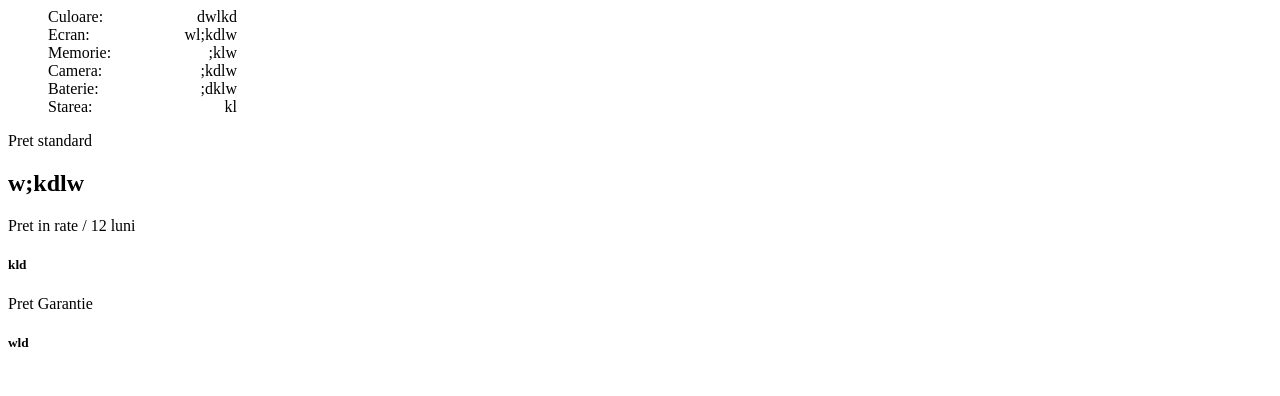
Repository: CristianV350/price-generator
Page: generator.html
An editor plug-in stored every save of this project. The page is shown before and after the next save, followed by the edit.
The browser window is 1280 px wide. The pictures show the whole page.
The style sheet was rebuilt from its Sass, Less or Tailwind sources for each picture, by a compiler version that may differ from the author's.

Above is the page before, as saved 2022-02-05 11:59:23.

After the next save:
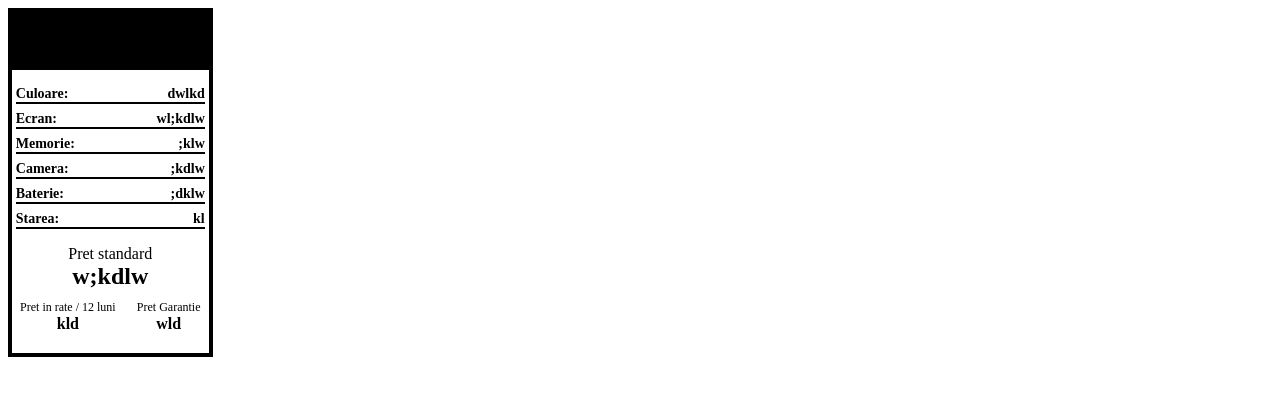
Saved 19 s later.
--- a/generator.html
+++ b/generator.html
@@ -1,4 +1,129 @@
-<html><head><link href="http://localhost:3000/style.css" rel="stylesheet"></head><body>
+<html><head>
+    <link href="http://localhost:3000/style.css" rel="stylesheet">
+    <style>
+        #body {
+  display: flex;
+  flex-wrap: wrap;
+  width: 21cm;
+  height: 28cm;
+  column-gap: 20px;
+  row-gap: 40px;
+}
+
+@media print {
+.tag {
+  break-inside: avoid;
+  page-break-inside: avoid;
+  page-break-before: avoid;
+  page-break-after: avoid;
+}
+}
+.tag {
+break-inside: avoid;
+position: relative;
+}
+
+h1 {
+
+}
+
+h2 {
+  font-size: 24px;
+}
+
+h3 {
+  font-size: 22px;
+}
+
+h4 {
+  font-size: 18px;
+}
+
+h5 {
+  font-size: 16px;
+  margin-top: 0;
+}
+
+.tag {
+  border: 4px solid black;
+  padding: 0 0 20px 0;
+  width: 5.2cm;
+  height: 8.5cm;
+}
+.tag:nth-child(2n+6),.tag:nth-child(2n+4),.tag:nth-child(2n+5)  {
+margin-top: 200px;
+}
+.tag > h2 {
+  margin-top: 0;
+  background-color: black;
+  color: white;
+  padding: 5px;
+  font-size: 18px;
+  height: 48px;
+  display: flex;
+  align-items: center;
+  justify-content: center;
+}
+
+ul {
+  display: flex;
+  flex-direction: column;
+  row-gap: 7px;
+  margin-right: auto;
+  margin-left: auto;
+  padding: 0;
+}
+
+ul li {
+  border-bottom: 2px solid black;
+  font-weight: bold
+}
+
+ul li span:first-child {
+  font-size: 14px;
+  font-weight: bold
+}
+
+ul li span:nth-child(2) {
+  font-size: 14px;
+  font-weight: bold
+}
+
+.tag {
+  width: 5.2cm;
+  text-align: center;
+}
+
+.prices h2, .prices p, .prices h4, .prices h3 {
+  margin: 0
+}
+
+.prices {
+  display: flex;
+  flex-direction: column;
+  row-gap: 10px;
+}
+
+#second-prices {
+  display: flex;
+  justify-content: space-around;
+  column-gap: 5px;
+
+}
+
+#second-prices > div {
+  width: fit-content;
+  font-size: 12px;
+}
+
+#list {
+    width:100% !important;
+}
+table {
+  width:100%
+}
+    </style>
+</head><body>
     <div class="tag" data-id="c8eaf7df-5a4c-4753-adc6-bc82a6ba6906">
           <h2></h2>
           <ul style="width:5cm;">
